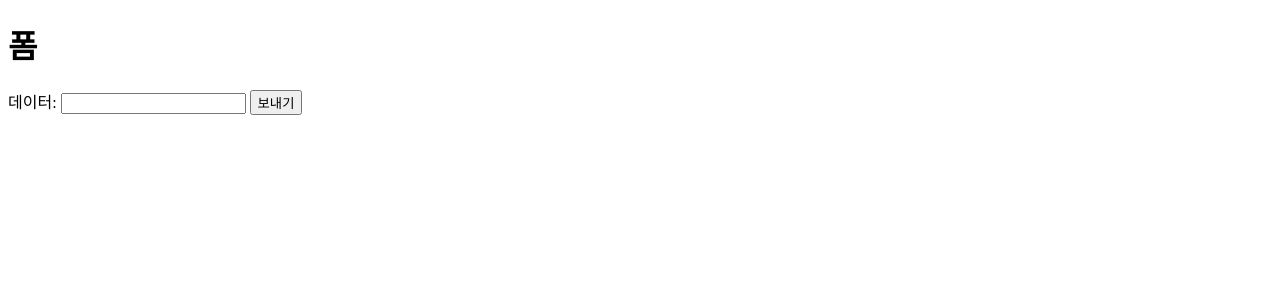
Repository: Seongyoon-Kim/BackUp
Page: client/ClientTest/src/main/webapp/ex19_form.html
An editor plug-in stored every save of this project. The page is shown before and after the next save, followed by the edit.
The browser window is 1280 px wide. The pictures show the whole page.

Above is the page before, as saved 2021-06-10 00:40:27.

After the next save:
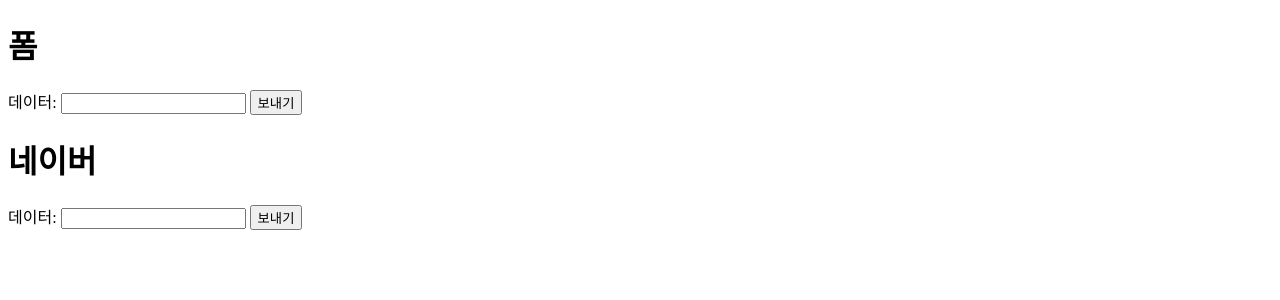
Saved 27 min 50 s later.
--- a/client/ClientTest/src/main/webapp/ex19_form.html
+++ b/client/ClientTest/src/main/webapp/ex19_form.html
@@ -27,6 +27,8 @@
             a. form.action 속성
                 - 입력받은 데이터를 수신할 서버측 프로그램의 주소(URL)
                 - 서버측 프로그래밍 언어로 작성한 프로그램의 주소를 적는다. Servlet, JSP, Spring 프로그램 주소
+                - 데이터를 전송 받을 측의 주소 -> 택배 받는 사람 주소
+
             b. form method 속성
                 - 데이터를 전송하는 방식
                 1. GET
@@ -53,5 +55,12 @@
 
     </form>
 
+    <h1>네이버</h1>
+
+    <form action="" method="">
+    	데이터: <input type="text" name="">
+    	<input type="submit" value="보내기">
+    </form>
+
 </body>
 </html>
